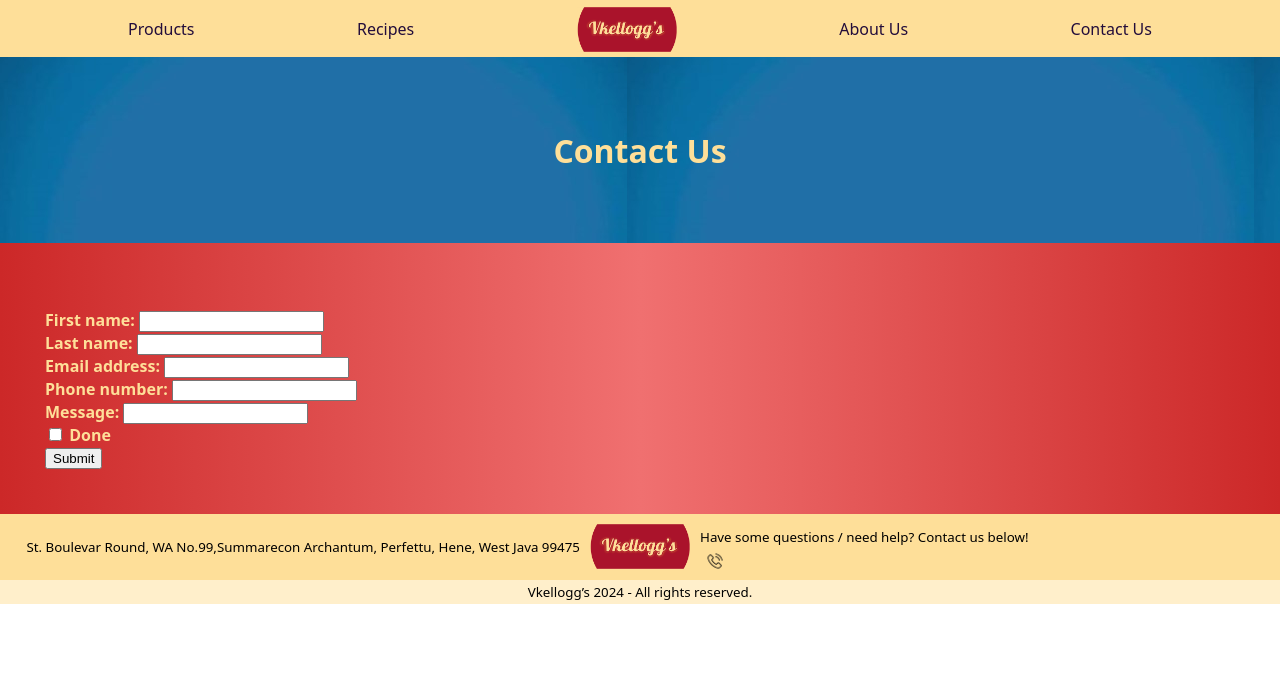
Repository: sugralld/VKelloggs
Page: Code and Assets/html/contactus.html
An editor plug-in stored every save of this project. The page is shown before and after the next save, followed by the edit.
The browser window is 1280 px wide. The pictures show the whole page.

Above is the page before, as saved 2024-12-03 20:35:01.

### Code and Assets/html/contactus.html
<!DOCTYPE html>
<html lang="en">
<head>
    <meta charset="UTF-8">
    <meta name="viewport" content="width=device-width, initial-scale=1.0">
    <title>Contact Us | Vkellogg's</title>
    <link rel="stylesheet" href="../css/headerfooternavbar.css">
    <link rel="stylesheet" href="../css/contactus.css">
</head>
<body>
    <!-- header navigation -->
    <header>
        <nav>
            <div class="navbar-menu">
                <div><a class="navbar-link1" href="../html/products.html">Products</a></div>
                <div><a class="navbar-link2" href="../html/recipes.html">Recipes</a></div>
                <div class="navbar-link3"><a href="../html/homepage.html"><img src="../asset/Screenshot 2024-05-30 105858.png" width="100" height="45" alt=""></a></div>
                <div><a class="navbar-link4" href="../html/aboutus.html">About Us</a></div>
                <div><a class="navbar-link5" href="../html/contactus.html">Contact Us</a></div>
            </div>
        </nav>
    </header>

    <!-- Header Contact Us -->
    <div class="header">
        <h1>Contact Us</h1>
    </div>

    <!-- Form Contact Us -->
     <div class="form">
        <form action="" method = "post">
            <h4></h4>
            <label for="firstname">First name: </label>
            <input type="text" name="firstname" id="firstname">
            <br>

            <label for="lastname">Last name: </label>
            <input type="text" name="lastname" id="lastname">
            <br>

            <label for="email">Email address: </label>
            <input type="text" name="email" id="email">
            <br>

            <label for="phonenum">Phone number: </label>
            <input type="text" name="phonenum" id="phonenum">
            <br>

            <label for="message">Message: </label>
            <input type="text" name="message" id="message">
            <br>

            <input type="checkbox" name="agreement" id="agreement">
            <label for="agreement">Done</label>
            <br>

            <button type="button" onclick="validateData()">Submit</button>
        </form>
        <script src="../js/contactus.js"></script>
     </div>

     <!-- Footer -->
    <footer class="footer">
        <div class="upperfooter">
            <div class="footert1"><p>St. Boulevar Round, WA No.99,Summarecon Archantum, Perfettu, Hene, West Java 99475</p></div>
            <div class="footert2"><img src="../asset/Screenshot 2024-05-30 105858.png" width="100" height="45" alt=""></div>
            <div class="footert3">
                <p class="footert4">Have some questions / need help? Contact us below!</p>
                <a href="../html/contactus.html"><img src="../asset/image-removebg-preview (27).png" width="30" height="auto" alt=""></a>
            </div>
        </div>
        <div class="lowerfooter">
            <p class="textlowerfooter">Vkellogg’s 2024  -  All rights reserved.
            </p>
        </div>
     </footer>

</body>
</html>

### Code and Assets/css/headerfooternavbar.css
body {
    margin: 0;
    font-family: system-ui;
}

.navbar-menu{
    display: flex;
    justify-content: space-between;
    align-items: center;
    padding: 0px 10%;
    background-color: #FEDF99;
}

a:hover{
    background-color: #F5F5F5;
    border-radius: 30px;
    color: #CC2828;
}

.navbar-link1,.navbar-link2,.navbar-link4,.navbar-link5{
    font-family: system-ui;
    font-weight: 500;
    text-decoration: none;
    color: #230D3B;
}

.navbar-link3{
    display: block;
    margin-top: 0.7%;
    margin-bottom: 0px;
}

.footer{
    position: bot;
}

.upperfooter{
    display: flex;
    background-color: #FEDF99;
    justify-content: center;
    align-items: center;
}

.footert1,.footert3{
    padding: 0px 10px;
    display: block;
    width: 1200px;
    font-size: smaller;
}

.footert1{
    text-align: right;
}

.footert3{
    text-align: left;
}

.footert2{
    margin-top: 4px;
}

.lowerfooter{
    background-color: #FFEFCB;
    padding: 0;
    margin: 0px;
}

.textlowerfooter{
    margin: 0;
    padding: 3px;
    font-size: smaller;
    text-align: center;
}

.footert4{
    margin-bottom: 0;
}

### Code and Assets/css/contactus.css
.header{
    background-image: url(../asset/copydesktop-wallpaper-kellogg-s-frosted-flakes-breakfast-cereal-original-33-5-oz-box.jpg);
    display: block;
    padding: 50px;
    text-align: center;
    color: #FEDF99;
}

.form{
    background: linear-gradient(0.25turn,#CC2828,#F07070,#CC2828);
    padding: 45px;
    font-weight: bold;
    color: #FEDF99;
}

### Code and Assets/js/contactus.js
function wordLen(str) {
    const value = str.trim().split(/\s+/);
    return value.length;
}

function checkAlphaNum(password){
    var isAlpha = false;
    var isNum = false;
    for(let i=0; i<password.length; i++){
        if(isNaN(password[i])){
            isAlpha = true;
        }
        else{
            isNum = true;
        }

        if(isAlpha || isNum){
            return true;
        }
    }
    return false;
}


function validateData(){
    var firstname = document.getElementById("firstname");
    var lastname = document.getElementById("lastname");
    var email = document.getElementById("email");
    var phonenum = document.getElementById("phonenum");
    var message = document.getElementById("message");
    var agreement = document.getElementById("agreement");

    if(!checkAlphaNum(firstname.value)){
        alert("First name must be alphabet!");
    }
    else if(!checkAlphaNum(lastname.value)){
        alert("Last name must be alphabet!");
    }
    else if(!email.value.endsWith("@gmail.com")){
        alert("Email must end with '@gmail.com'!");
    }
    else if(!checkAlphaNum(phonenum.value)){
        alert("Phone number must be numeric!");
    }
    else if(wordLen(message.value)<5){
        alert("Message must be at least 5 words!");
    }
    else if(!agreement.checked){
        alert("'Done' checkbox must be checked!");
    }
    else{
        alert("Message Submitted.");
    }

}

After the next save:
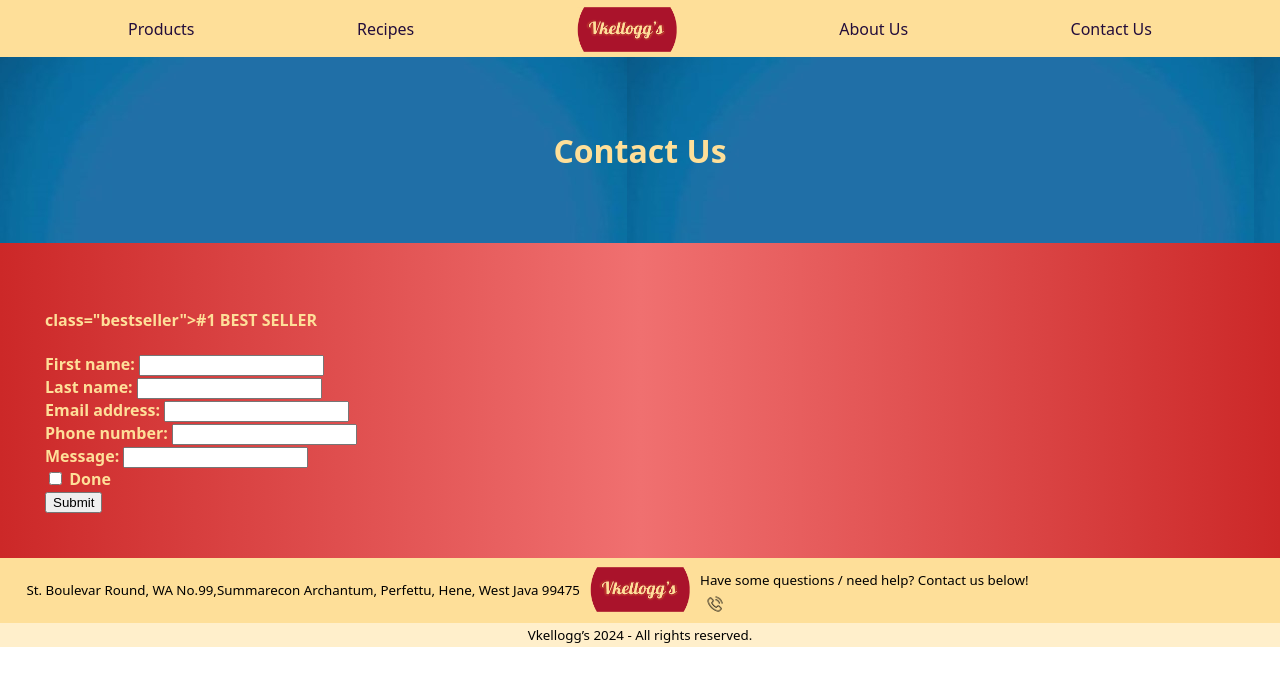
Saved 26 s later.
--- a/Code and Assets/html/contactus.html
+++ b/Code and Assets/html/contactus.html
@@ -29,7 +29,7 @@
     <!-- Form Contact Us -->
      <div class="form">
         <form action="" method = "post">
-            <h4></h4>
+            <h4>class="bestseller">#1 BEST SELLER</h4>
             <label for="firstname">First name: </label>
             <input type="text" name="firstname" id="firstname">
             <br>
